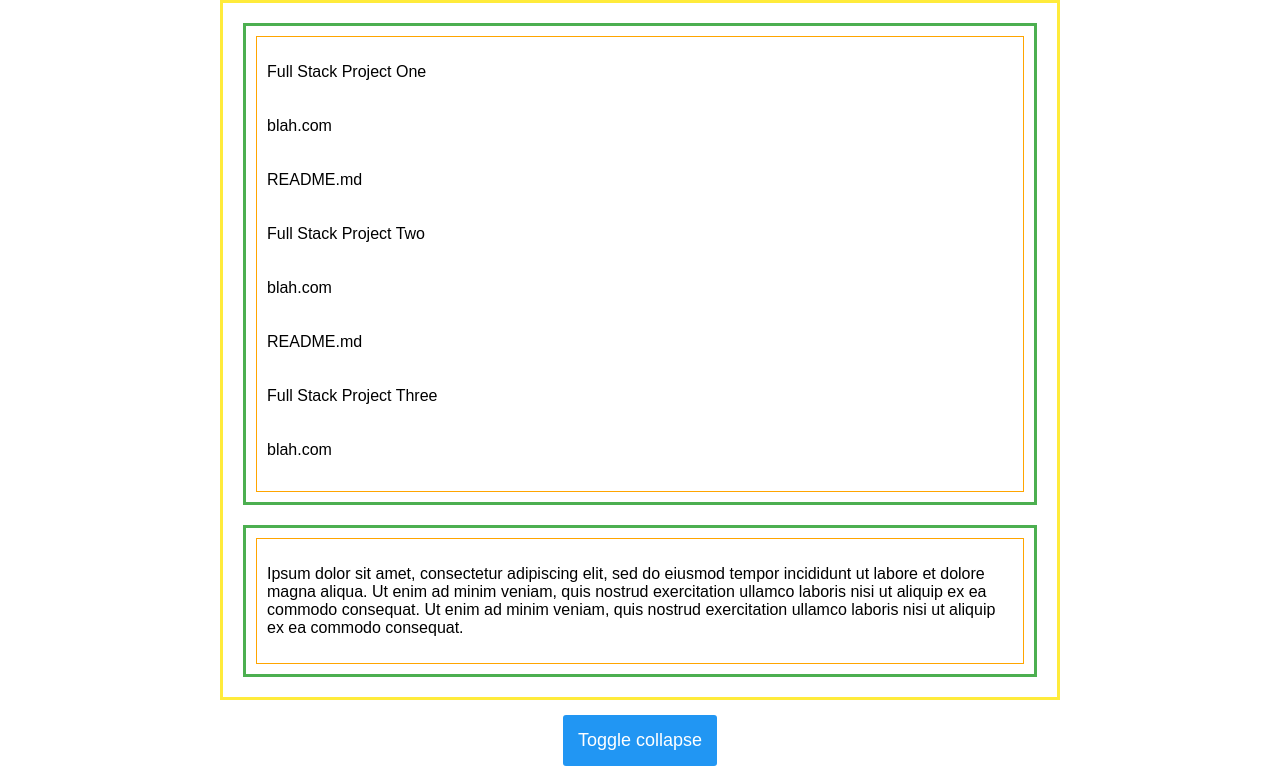
Repository: dsbarnes/groovy-blog
Page: index.html
These files come from the project's save history. The page is drawn as it stood at one moment and after the next save; the edit follows.
The browser window is 1280 px wide. The pictures show the whole page.
After loading, the first visible `#toggle-button` was clicked once.
An inner scrolling area shows only its first screen. The style sheet was rebuilt from its Sass, Less or Tailwind sources for each picture, by a compiler version that may differ from the author's.

Above is the page before, as saved 2020-05-09 13:25:23.

### index.html
<!DOCTYPE html>
<html lang="en">

<head>
    <meta charset="UTF-8">
    <meta name="viewport" content="width=device-width, initial-scale=1.0">
    <title>Document</title>
    <link rel="stylesheet" href="./CSS/style.css">
</head>

<body>

    <div class="container">
        <!-- Section one -->
        <div class="section-one">
            <div class='double-border'>

                <div id='about-section-text'>
                    <p>This is the about section</p>
                </div>

                <div id='articles-section-text'></div>

            </div>
        </div>

        <!-- Section two -->
        <div class="section-two collapsible">
            <div class='double-border collapsible'>
                <p>Lorem ipsum dolor sit amet, consectetur adipiscing elit, sed do eiusmod tempor incididunt ut labore
                    et
                    dolore
                    magna aliqua.</p>
            </div>
        </div>

        <!-- Section three -->
        <div class="section-three">
            <div class="double-border">
                <p>Ipsum dolor sit amet, consectetur adipiscing elit, sed do eiusmod tempor incididunt ut labore et
                    dolore
                    magna
                    aliqua. Ut enim ad minim veniam, quis nostrud exercitation ullamco laboris nisi ut aliquip ex ea
                    commodo
                    consequat. Ut enim ad minim veniam, quis nostrud exercitation ullamco laboris nisi ut aliquip ex ea
                    commodo
                    consequat.</p>
            </div>
        </div>

    </div><!-- container -->

    <button id="toggle-button">Toggle collapse</button>

    <script type=module src="index.js"></script>
</body>

</html>

### index.js
import articles from './components/articles.js'
import repos from './components/repos.js'

import articlesData from './siteData/articles.js'
import backendData from './siteData/backEnd.js'
import frontendData from './siteData/frontEnd.js'
import fullstackData from './siteData/fullStack.js'

document.querySelector('#toggle-button')
    .addEventListener('click',
        function () {
            // Remove the about me section:
            const aboutText = document.getElementById('about-section-text')
            aboutText.style.display = 'none'

            // Add overflow: scroll
            document.querySelector('.section-one')
                .classList.toggle('collapsed')

            // Shrinks and fades out the middle box
            document.querySelector('.section-two.collapsible')
                .classList.toggle('collapsed');

            // repopulate what was the about section
            // it is now the section the user clicked
            repos(fullstackData)




            // document.querySelector('.double-border.collapsible')
            //     .classList.toggle('collapsed')
        });

### components/articles.js
function modules(arr) {
    console.log('modules works')
}

export default modules

### components/repos.js
function repos(arr) {

    const root = document.getElementById('articles-section-text')

    for (const element of arr) {

        console.log(element)

        for (const key of Object.keys(element)) {

            console.log(key)
            // console.log(element)

            const pTag = document.createElement('p')
            pTag.classList.add('fade-in')
            pTag.innerHTML = element[key]

            root.appendChild(pTag)
        }
    }
}

export default repos


// for (const key in Object.keys(frontendData)) {
//     const element = document.createElement('p')
//     element.id = 'article'
//     element.innerHTML = frontendData[key]
//     sectionTextArea.appendChild(element)
// }

### siteData/articles.js
const articleData = [
    {
        "Title": "Article Project One",
        "Link": "blah.com",
        "Date": "date-posted",
        "Short": "fjdklsafjdlks;fajsdl;f"
    },
    {
        "Title": "Article Project Two",
        "Link": "blah.com",
        "Date": "date-posted",
        "Short": "fjdklsafjdlks;fajsdl;f"
    },
    {
        "Title": "Article Project Three",
        "Link": "blah.com",
        "Date": "date-posted",
        "Short": "fjdklsafjdlks;fajsdl;f"
    },
    {
        "Title": "Article Project Four",
        "Link": "blah.com",
        "Date": "date-posted",
        "Short": "fjdklsafjdlks;fajsdl;f"
    },
    {
        "Title": "Article Project Five",
        "Link": "blah.com",
        "Date": "date-posted",
        "Short": "fjdklsafjdlks;fajsdl;f"
    }
]

export default articleData

### siteData/backEnd.js
const backendData = [
    {
        "Repo": "Back End Project One",
        "RepoLink": "blah.com",
        "Description": "README.md"
    },
    {
        "Repo": "Back End Project Two",
        "RepoLink": "blah.com",
        "Description": "README.md"
    },
    {
        "Repo": "Back End Project Three",
        "RepoLink": "blah.com",
        "Description": "README.md"
    },
    {
        "Repo": "Back End Project Four",
        "RepoLink": "blah.com",
        "Description": "README.md"
    },
    {
        "Repo": "Back End Project Five",
        "RepoLink": "blah.com",
        "Description": "README.md"
    }
]

export default backendData

### siteData/frontEnd.js
const frontendData = [
    {
        "Repo": "Front End Project One",
        "RepoLink": "blah.com",
        "DemoLink": "demo link",
        "Description": "README.md"
    },
    {
        "Repo": "Front End Project Two",
        "RepoLink": "blah.com",
        "DemoLink": "demo link",
        "Description": "README.md"
    },
    {
        "Repo": "Front End Project Three",
        "RepoLink": "blah.com",
        "DemoLink": "demo link",
        "Description": "README.md"
    },
    {
        "Repo": "Front End Project Four",
        "RepoLink": "blah.com",
        "DemoLink": "demo link",
        "Description": "README.md"
    },
    {
        "Repo": "Front End Project Five",
        "RepoLink": "blah.com",
        "DemoLink": "demo link",
        "Description": "README.md"
    }
]

export default frontendData

### siteData/fullStack.js
const fullstackData = [
    {
        "Repo": "Full Stack Project One",
        "RepoLink": "blah.com",
        "Description": "README.md"
    },
    {
        "Repo": "Full Stack Project Two",
        "RepoLink": "blah.com",
        "Description": "README.md"
    },
    {
        "Repo": "Full Stack Project Three",
        "RepoLink": "blah.com",
        "Description": "README.md"
    },
    {
        "Repo": "Full Stack Project Four",
        "RepoLink": "blah.com",
        "Description": "README.md"
    },
    {
        "Repo": "Full Stack Project Five",
        "RepoLink": "blah.com",
        "Description": "README.md"
    }
]

export default fullstackData

### style.scss
// This stuff matters!
.container {
  display:flex;
  flex-direction:column;
  justify-content:flex-start;

  // sadly, we're required to set at least the container height explicitly
  height:700px;
}

.section-one {
  flex:2;
  border:3px solid #4CAF50;
  margin: 10px;
  padding: 10px;
  overflow: hidden;
}

@keyframes fade-in{
  from{color: white;}
  to{ color: black;}
}
#article{ animation: fade-in 3s forwards;}

.section-one.collapsed{
   overflow: hidden;
  .double-border{ overflow: scroll; }
}

.section-two {
  // note that we're transitioning flex, not height!
  transition:all 0.4s ease;
  transition-property: flex, border, margin, padding, color;
  border:3px solid #4CAF50;
  flex:1;
  overflow:hidden;
  margin: 10px;
  padding: 10px;
  color: black;
}
.section-two.collapsed {
  flex: 0;
  border: 0px solid white;
  margin: 0 200px;
  padding: 0 400px;
  color: white;
}

.section-three{
  margin: 10px;
  padding: 10px;
  border:3px solid #4CAF50;
}
.double-border{
  border: 1px solid orange;
  height: 100%;
  p{padding: 10px;}
}
.double-border.collapsed {
  border: 1px solid white;
}


// This stuff doesn't matter!
* {
  box-sizing:border-box;
}
body {
  margin:0;
  font-family:arial;
}
.container {
  border: 3px solid #FFEB3B;
  margin:0 auto;
  max-width:840px;
  padding: 10px;
}
button {
  display:block;
  font-size:18px;
  border:none;
  border-radius:3px;
  background:#2196F3;
  color:white;
  margin:15px auto;
  padding:15px;
}

After the next save:
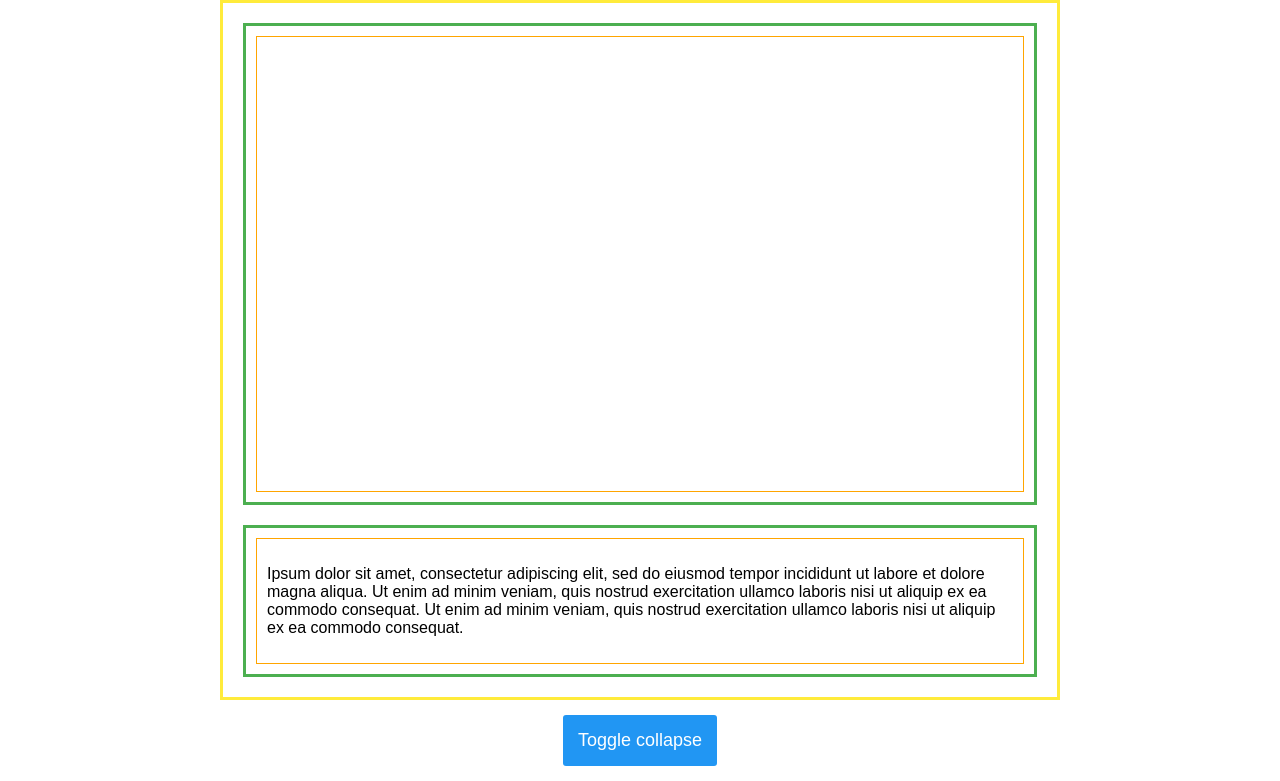
Saved 2 min 12 s later.
--- a/components/repos.js
+++ b/components/repos.js
@@ -5,18 +5,15 @@
     for (const element of arr) {
 
         console.log(element)
+        const keys = Object.keys(element)
 
-        for (const key of Object.keys(element)) {
+        const container = document.createElement('div')
+        const title = document.createElement('p')
+        const date = document.createElement('small')
+        const description = document.createElement('p')
 
-            console.log(key)
-            // console.log(element)
+        container.classList.add('fade-in')
 
-            const pTag = document.createElement('p')
-            pTag.classList.add('fade-in')
-            pTag.innerHTML = element[key]
-
-            root.appendChild(pTag)
-        }
     }
 }
 
